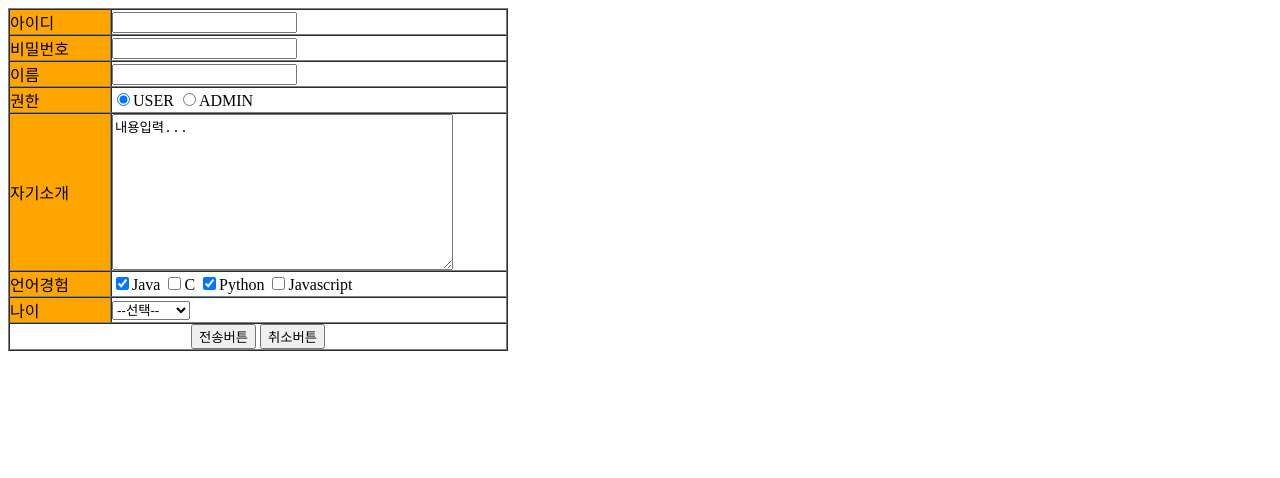
Repository: serim53/JSPStudy
Page: http://localhost/BoardWeb_JSP_/insertUser.jsp
An editor plug-in stored every save of this project. The page is shown before and after a run of saves, followed by the edit.
The browser window is 1280 px wide. The pictures show the whole page.
The page is served by Tomcat 10.

Above is the page before, as saved 2025-07-10 03:05:27.

After the next 2 saves:
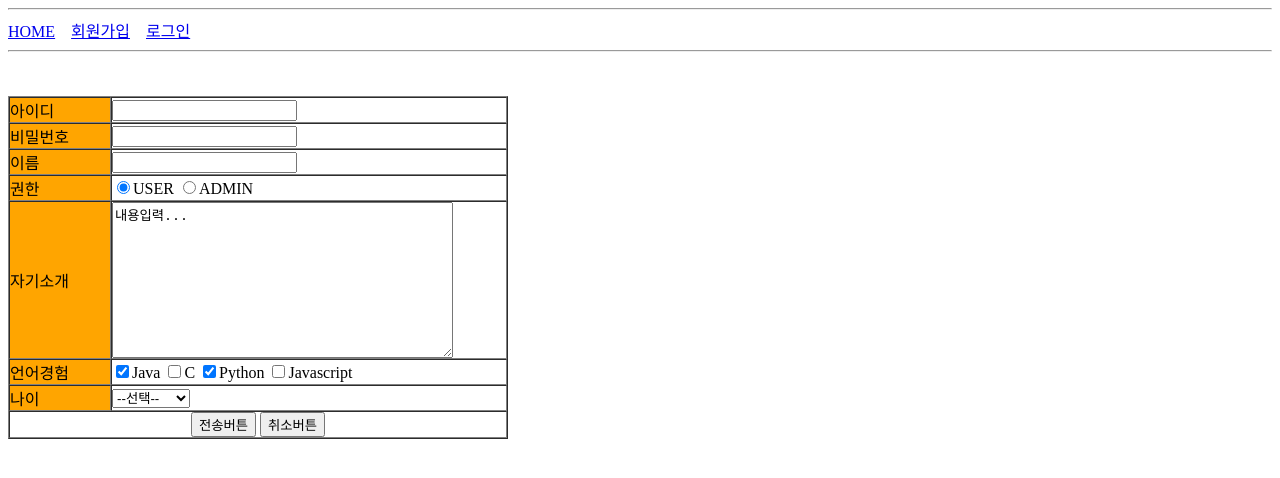
The 2 saves are shown as one change because 1 did not build or start.
The last was saved 15 s later.
--- a/BoardWeb(JSP)/src/main/webapp/insertUser.jsp
+++ b/BoardWeb(JSP)/src/main/webapp/insertUser.jsp
@@ -1,5 +1,6 @@
 <%@page contentType="text/html; charset=UTF-8"%>
 
+<%@include file="../layout/header.jsp" %>
 <form action="insertUser.do" method="post">
 
 <table border="1" cellpadding="0" cellspacing="0" width="500">
